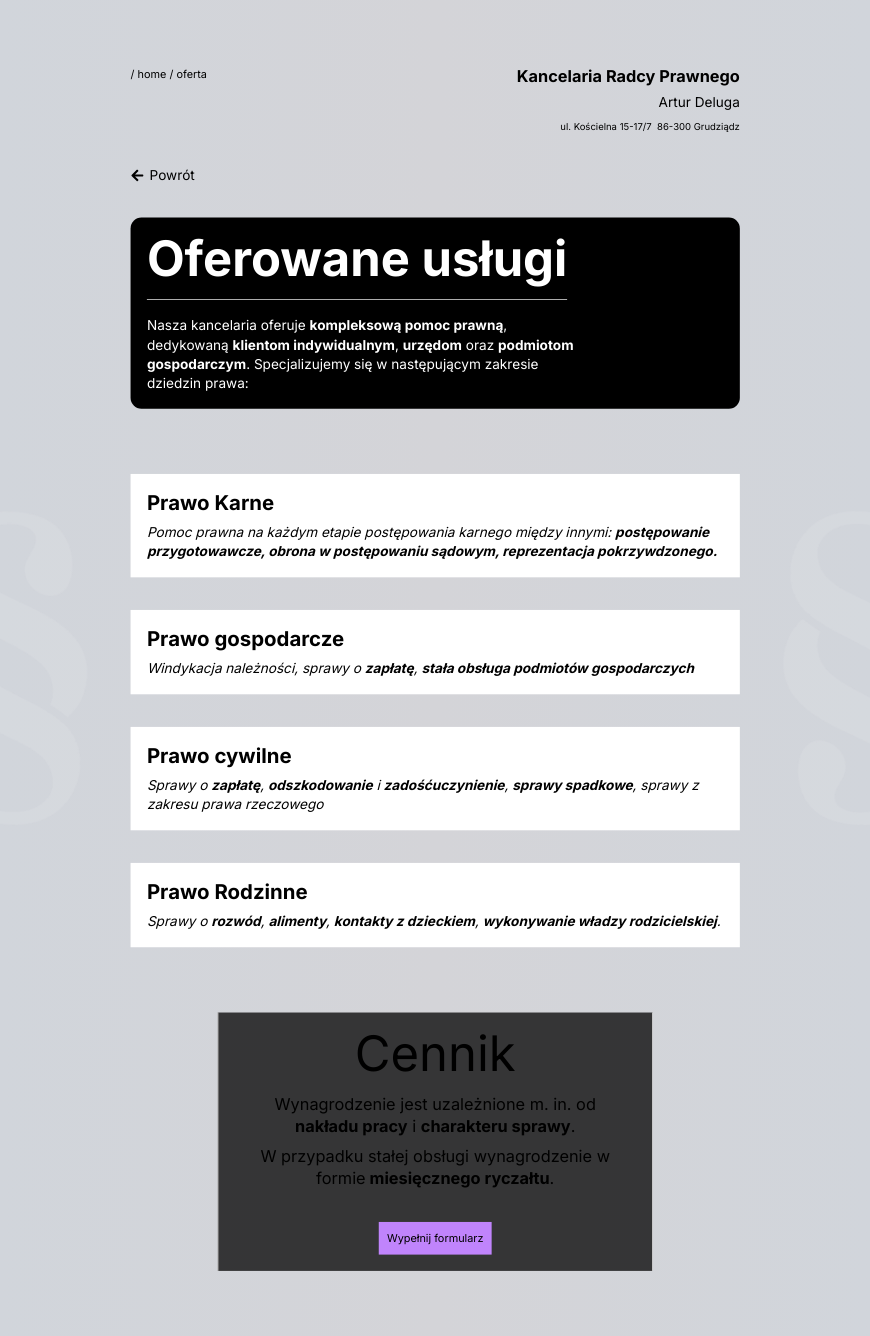
Repository: wesiudev/kancelaria-artur-deluga
Page: /oferta
These files come from the project's save history. The page is drawn as it stood at one moment and after the next save; the edit follows.
The browser window is 1280 px wide. The pictures show the whole page, at 68% of full size.
The project was rebuilt for these pictures with package versions that can differ from the ones it lists, and the page was loaded fresh each time. The framework's server and built-in components were replaced by stand-ins that run in the browser. Also part of the build but not shown: next.config.js.

Above is the page before, as saved 2023-08-09 16:32:31.

After the next save:
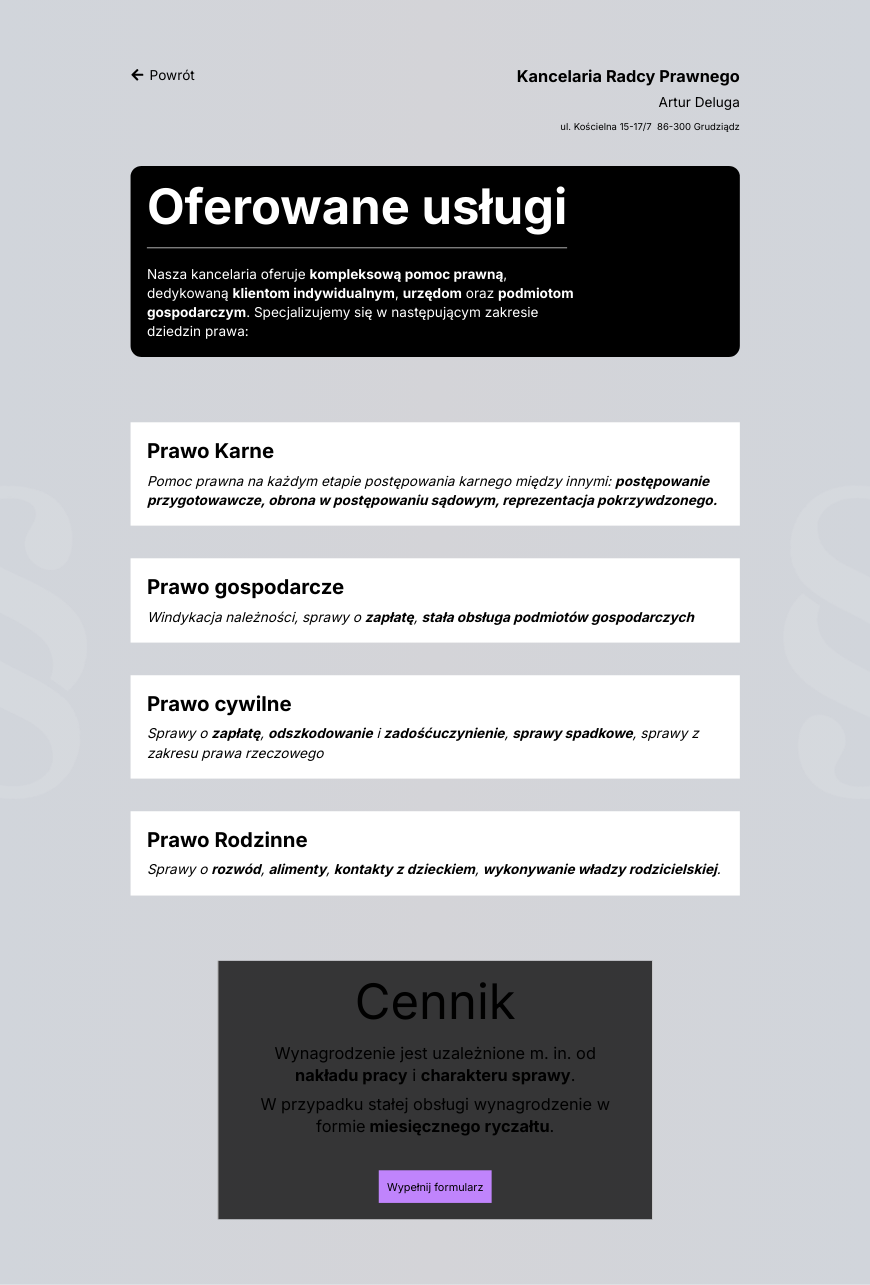
Saved 48 s later.
--- a/app/oferta/page.tsx
+++ b/app/oferta/page.tsx
@@ -50,22 +50,16 @@ export default function OfferMobile() {
           <div className="flex flex-col justify-between w-full">
             <div className="flex flex-row justify-between">
               <div className="w-1/2">
-                <h1 className="mb-12">
-                  {" / "}
-                  <Link
-                    className="hover:underline hover:underline-offset-4"
-                    href="/"
-                  >
-                    home
-                  </Link>
-                  {" / "}
-                  <Link
-                    className="hover:underline hover:underline-offset-4"
-                    href="/oferta"
-                  >
-                    oferta
-                  </Link>
-                </h1>
+                <Link
+                  className="group flex flex-row items-center mb-12 text-xl w-max"
+                  href="/"
+                >
+                  <FaArrowLeft className="mr-2" />
+                  <span className="hover:underline hover:underline-offset-4">
+                    {" "}
+                    Powrót
+                  </span>
+                </Link>
               </div>
               <div>
                 <h1 className="text-xl lg:text-2xl text-right sm:text-left font-bold">
@@ -82,16 +76,7 @@ export default function OfferMobile() {
                 </div>
               </div>
             </div>
-            <Link
-              className="group flex flex-row items-center mb-12 text-xl w-max"
-              href="/"
-            >
-              <FaArrowLeft className="mr-2" />
-              <span className="hover:underline hover:underline-offset-4">
-                {" "}
-                Powrót
-              </span>
-            </Link>
+
             <div className="p-6 rounded-2xl bg-black text-white">
               <div className="w-max">
                 <h1 className="w-max text-4xl md:text-5xl lg:text-7xl  font-bold">
